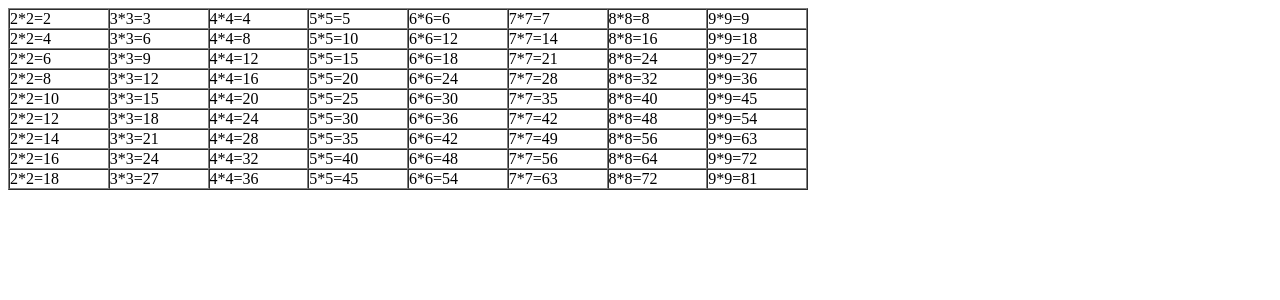
Repository: SonPhamThe/C0622G1-PhamTheSon
Page: ss1-sudungthehtmlcoban/test.html
An editor plug-in stored every save of this project. The page is shown before and after the next save, followed by the edit.
The browser window is 1280 px wide. The pictures show the whole page.

Above is the page before, as saved 2022-07-26 08:16:00.

### ss1-sudungthehtmlcoban/test.html
<html lang="en">
  <head>
    <meta charset="UTF-8" />
    <meta http-equiv="X-UA-Compatible" content="IE=edge" />
    <meta name="viewport" content="width=device-width, initial-scale=1.0" />
    <title>Document</title>
  </head>
  <body>
    <script>
      let sout =
        "<table border='1' width='800' cellspacing='0.5' cellpadding='0.5'/>";
      for (i = 1; i < 10; i++) {
        sout = sout + "<tr>";
        for (j = 2; j < 10; j++) {
          sout = sout + "<td>" + `${j}*${j}=${j * i}` + "</td>";
        }
        sout = sout + "</tr>";
      }
      document.write(sout);
    </script>
  </body>
</html>

After the next save:
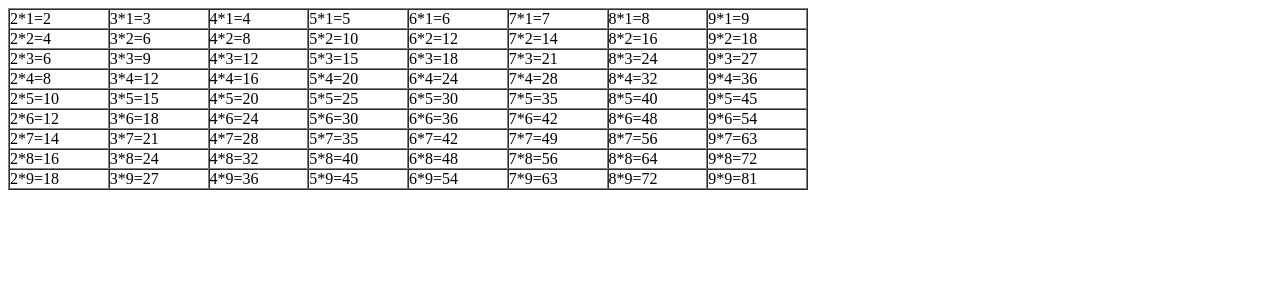
Saved 11 s later.
--- a/ss1-sudungthehtmlcoban/test.html
+++ b/ss1-sudungthehtmlcoban/test.html
@@ -12,7 +12,7 @@
       for (i = 1; i < 10; i++) {
         sout = sout + "<tr>";
         for (j = 2; j < 10; j++) {
-          sout = sout + "<td>" + `${j}*${j}=${j * i}` + "</td>";
+          sout = sout + "<td>" + `${j}*${i}=${j * i}` + "</td>";
         }
         sout = sout + "</tr>";
       }
